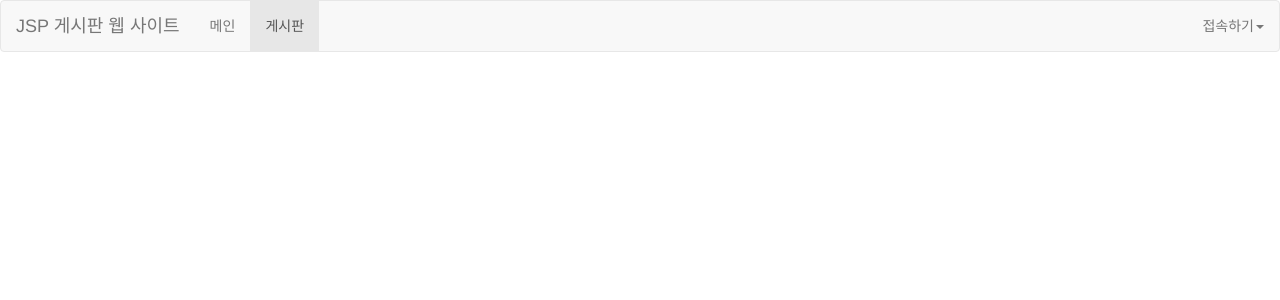
Repository: kimdy108/jsp-bbs
Page: http://localhost/BBS/bbs.jsp
The author's editor kept a copy of each file at every save. The page is drawn from the files as they stood at one save, then again after the next save.
The browser window is 1280 px wide. The pictures show the whole page.
Some web libraries are served in a nearby version. The page is served by Tomcat 9. Other server files are loaded and not shown.

Above is the page before, as saved 2025-05-25 05:13:38.

### BBS/src/main/webapp/bbs.jsp
<%@ page language="java" contentType="text/html; charset=UTF-8"
    pageEncoding="UTF-8"%>
<%@ page import="java.io.PrintWriter" %>
<!DOCTYPE html>
<html>
<head>
<meta charset="UTF-8">
<meta name="viewport" content="width=device-width initial-scale=1">
<link rel="stylesheet" href="css/bootstrap.css">
<title>JSP 게시판 웹 사이트</title>
</head>
<body>
	<%
		String userID = null;
		if (session.getAttribute("userID") != null) {
			userID = (String) session.getAttribute("userID");
		}
	%>
	<nav class="navbar navbar-default">
		<div class="navbar-header">
			<button type="button" class="navbar-toggle collapsed"
				data-toggle="collapse" data-target="#bs-example-navbar-collapse-1"
				aria-expanded="false">
				<span class="icon-bar"></span>
				<span class="icon-bar"></span>
				<span class="icon-bar"></span>
			</button>
			<a class="navbar-brand" href="main.jsp">JSP 게시판 웹 사이트</a>
		</div>
		<div class="collapse navbar-collapse" id="bs-example-navbar-collapse-1">
			<ul class="nav navbar-nav">
				<li><a href="main.jsp">메인</a></li>
				<li class="active"><a href="bbs.jsp">게시판</a></li>
			</ul>

			<%
				if (userID == null) {
			%>

			<ul class="nav navbar-nav navbar-right">
				<li class="dropdown">
					<a href="#" class="dropdown-toggle"
					data-toggle="dropdown" role="button" aria-haspopup="true"
					aria-expanded="false">접속하기<span class="caret"></span></a>
					<ul class="dropdown-menu">
						<li><a href="login.jsp">로그인</a></li>
						<li><a href="join.jsp">회원가입</a></li>
					</ul>
				</li>
			</ul>

			<%
				} else {
			%>

			<ul class="nav navbar-nav navbar-right">
				<li class="dropdown">
					<a href="#" class="dropdown-toggle"
					data-toggle="dropdown" role="button" aria-haspopup="true"
					aria-expanded="false">회원관리<span class="caret"></span></a>
					<ul class="dropdown-menu">
						<li><a href="logoutAction.jsp">로그아웃</a></li>
					</ul>
				</li>
			</ul>

			<%
				}
			%>

		</div>
	</nav>
	<script src="https://code.jquery.com/jquery-3.1.1.min.js"></script>
	<script src="js/bootstrap.js"></script>
</body>
</html>

Loaded but not shown: BBS/src/main/webapp/css/bootstrap.css (library); BBS/src/main/webapp/js/bootstrap.js (library)

After the next save:
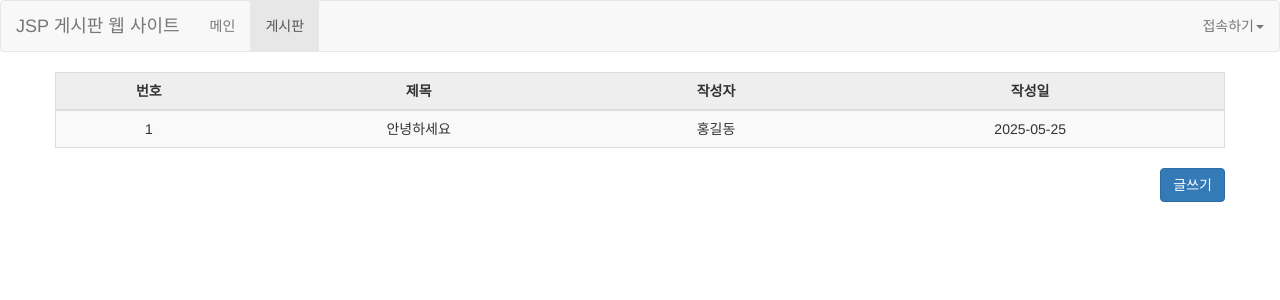
Saved 5 min 0 s later.
--- a/BBS/src/main/webapp/bbs.jsp
+++ b/BBS/src/main/webapp/bbs.jsp
@@ -70,6 +70,31 @@
 
 		</div>
 	</nav>
+
+	<div class="container">
+		<div class="row">
+			<table class="table table-striped" style="text-align: center; border: 1px solid #dddddd">
+				<thead>
+					<tr>
+						<th style="background-color: #eeeeee; text-align: center;">번호</th>
+						<th style="background-color: #eeeeee; text-align: center;">제목</th>
+						<th style="background-color: #eeeeee; text-align: center;">작성자</th>
+						<th style="background-color: #eeeeee; text-align: center;">작성일</th>
+					</tr>
+				</thead>
+				<tbody>
+					<tr>
+						<td>1</td>
+						<td>안녕하세요</td>
+						<td>홍길동</td>
+						<td>2025-05-25</td>
+					</tr>
+				</tbody>
+			</table>
+			<a href="write.jsp" class="btn btn-primary pull-right">글쓰기</a>
+		</div>
+	</div>
+
 	<script src="https://code.jquery.com/jquery-3.1.1.min.js"></script>
 	<script src="js/bootstrap.js"></script>
 </body>
